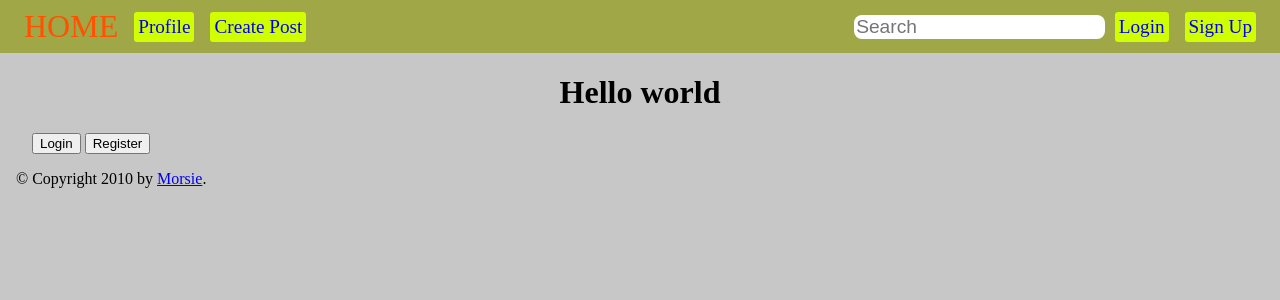
Repository: MorsChen/python-blog
Page: templates/home.html
These files come from the project's save history. The page is drawn as it stood at one moment and after the next save; the edit follows.
The browser window is 1280 px wide. The pictures show the whole page.
The page is served by the project's application, run on Flask 3 (default.py). The template is opened directly, without the code that normally fills it, so the values that code supplies are empty.

Above is the page before, as saved 2019-09-09 17:09:15.

### templates/home.html
{% extends 'index.html' %}

{% block content %}
<h1 style="text-align:center"> Hello world </h1>

{% if not current_user.is_authenticated %}
{% for post in posts %}
<li> {{post.title}} || {{post.body}} || {{post.users.username}} || {{post.created}} || {{post.updated}}
</li>

{%endfor%}
<button type="button" onclick="window.location.href=`{{url_for('login')}}`"> Login</button>
<button type="button" onclick="window.location.href=`{{url_for('register')}}`"> Register</button>
{% else %}
<h3>{{current_user.username}}</h3>
{% for post in posts %}
<li> <a href="{{url_for('single_post', id = post.id)}}">{{post.title}}</a> || {{post.body}} || {{post.users.username}} || {{post.created}} || {{post.updated}}
    <button type='button' onclick = "window.location.href=`{{url_for('editpost', id = post.id)}}`">Edit Post</button>
    <button type='button' onclick = "window.location.href=`{{url_for('new_comment', id = post.id)}}`">Comment</button>
</li>
{%endfor%}
<button type="button" onclick="window.location.href=`{{url_for('newpost')}}`"> Create New Post</button>
<button type="button" onclick="window.location.href=`{{url_for('profile')}}`"> Profile</button>
<button type="button" onclick="window.location.href=`{{url_for('logout')}}`"> Log Out</button>
{% endif %}
{% endblock %}

### templates/index.html
<!doctype html>
<html id="  ">
  <head>
    {% block head %}
    <link rel="stylesheet" href="{{ url_for('static', filename='style.css') }}">
    <title>{% block title %}{% endblock %} - My Blog Webpage</title>
    {% endblock %}
  </head>
  <body>
      <nav class="NavBar">
        <div class="nav-box-content">
            <div class="nav-box1">
                <a class="a-nav" href="{{url_for('main')}}">HOME</a>
                <a class="btn" href="{{url_for('profile')}}">Profile</a>
                <a class="btn" href="{{url_for('newpost')}}">Create Post</a>
            </div>
            <div class="nav-box2">
                <input class="ip-nav" placeholder="Search" >
                <a class="btn" href="{{url_for('login')}}">Login</a>
                <a class="btn" href="{{url_for('register')}}">Sign Up</a>

            </div>
        </div>
      </nav>

      <div id="content">
          {% with messages = get_flashed_messages(with_categories=true) %}
          <!-- Categories: success (green), info (blue), warning (yellow), danger (red) -->
          {% if messages %}
            {% for category, message in messages %}
              <div class="alert alert-{{ category }} alert-dismissible" role="alert">
              <button type="button" class="close" data-dismiss="alert" aria-label="Close"><span aria-hidden="true">&times;</span></button>
              <!-- <strong>Title</strong> --> {{ message }}
              </div>
            {% endfor %}
          {% endif %}
        {% endwith %}

    <div id="content">{% block content %}{% endblock %}</div>
    <div id="footer">
      {% block footer %}
      &copy; Copyright 2010 by <a href="http://domain.invalid/">Morsie</a>.
      {% endblock %}
    </div>
  </body>
</html>

### default.py
import os
from flask import Flask, request, render_template, redirect, url_for, flash
from flask_migrate import Migrate
from flask_sqlalchemy import SQLAlchemy
from werkzeug.security import generate_password_hash, check_password_hash
from datetime import datetime
from flask_wtf import FlaskForm
from wtforms import StringField, SubmitField, PasswordField
from wtforms.validators import DataRequired, Email, EqualTo, ValidationError, Length
from flask_login import LoginManager, UserMixin, login_user, logout_user, current_user, login_required

#setting
app = Flask(__name__)
db = SQLAlchemy(app)
app.config['SECRET_KEY']="SUPERSECRET"

migrate = Migrate(app,db)

login_manager = LoginManager(app)
login_manager.init_app(app)
login_manager.login_view = 'login'


#setting connection
POSTGRES = {
    'user': "khoa",
    'pw': "zzz",
    'db': 'bloghehe',
    'host': "localhost",
    'port': 5432,
}
app.config['SQLALCHEMY_DATABASE_URI'] = 'postgresql://%(user)s:%(pw)s@%(host)s:\
%(port)s/%(db)s' % POSTGRES







#define models

class Users(UserMixin, db.Model):
  id = db.Column(db.Integer, primary_key=True)
  username = db.Column(db.String, nullable=False, unique=True)
  email = db.Column(db.String, nullable=False, unique=True)
  password = db.Column(db.String, nullable=False)
  posts = db.relationship("Posts", backref="users", lazy="dynamic")
  comments = db.relationship("Comments", backref="users", lazy="dynamic")

  def set_pass(self,passw):
    self.password =  generate_password_hash(passw)
  def check_pass(self,passw):
    return check_password_hash(self.password,passw)

class Posts(db.Model):
  id = db.Column(db.Integer, primary_key=True)
  title = db.Column(db.String, nullable=False)
  body = db.Column(db.String, nullable=False)
  created = db.Column(db.DateTime, nullable=False)
  updated = db.Column(db.DateTime)
  author =  db.Column(db.Integer, db.ForeignKey('users.id'), nullable=False)
  comments = db.relationship('Comments', backref="posts", lazy="dynamic")

class Comments(db.Model):
  id = db.Column(db.Integer, primary_key=True)
  body = db.Column(db.String, nullable=False)
  created = db.Column(db.DateTime, nullable=False)
  updated = db.Column(db.DateTime)
  author =  db.Column(db.Integer, db.ForeignKey('users.id'), nullable=False)
  post = db.Column(db.Integer, db.ForeignKey('posts.id'), nullable=False)

db.create_all()


@login_manager.user_loader
def load_user(user_id):
    return Users.query.get(user_id)



#define forms
class Register(FlaskForm):
  username = StringField("User Name", validators=[DataRequired("Please input your username"), Length(min=3, max=20, message="username must have at least 3 char and max 20 chars")])
  email = StringField("Email address", validators=[DataRequired(), Email("Please input an appropriate email address")])
  password = StringField("Password", validators=[DataRequired(), EqualTo("confirm")])
  confirm = StringField("Password", validators=[DataRequired()])
  submit = SubmitField("Register")

  def validate_username(self, field):
        if Users.query.filter_by(username=field.data).first() :
            raise ValidationError("Your username has been registered!!")
  def validate_email(self, field):
        if Users.query.filter_by(email=field.data).first() :
            raise ValidationError("Your email has been registered!!")


class Login(FlaskForm):
  email = StringField("Email address", validators=[DataRequired(), Email("Please input an appropriate email address")])
  password = PasswordField("Password", validators=[DataRequired()])
  submit = SubmitField("Login")

class NewPost(FlaskForm):
  title = StringField("Blog Title", validators=[DataRequired(), Length(min=3,max=255, message="min 3, max 255")])
  body = StringField("Content", validators=[DataRequired(), Length(min=3,max=10000, message="min 3, max 10000")])
  submit = SubmitField("Post")

class New_comment(FlaskForm):
  body = StringField("Comment content", validators=[DataRequired(), Length(min=3, max=1000, message="min 3, max 1000")])
  submit = SubmitField("Comment")

@app.route('/register', methods=['post','get'])
def register():
  form = Register()

  if request.method=="POST":
    if form.validate_on_submit():
      new_user = Users(username = form.username.data,
                        email = form.email.data,
                        )
      new_user.set_pass(form.password.data)
      db.session.add(new_user)
      db.session.commit()
      return redirect(url_for("home"))
    else:
      for field_name, errors in form.errors.items():
          flash(errors)
      return redirect((url_for('register')))
  return render_template('register.html', form = form)

@app.route('/login', methods=['post','get'])
def login():
  form = Login()
  if request.method == 'POST':
    check = Users.query.filter_by(email=form.email.data).first()
    if check :
      if check.check_pass(form.password.data):
        login_user(check)
        return redirect(url_for("home"))
    else:
      flash(["email address not exist"])
      return redirect(url_for('register'))
  return render_template('login.html', form = form)

@app.route('/logout')
@login_required
def logout():
  logout_user()
  return redirect(url_for('login'))

@app.route('/')
def home():
  posts = Posts.query.all()
  return render_template('index.html', posts = posts)


@app.route('/newpost', methods=['post', 'get'])
@login_required
def newpost():
  form = NewPost()
  if request.method == 'POST':
    new_post = Posts(title=form.title.data,
                    body=form.body.data,
                    created = datetime.now())
    current_user.posts.append(new_post)
    db.session.add(new_post)
    db.session.commit()
    return "ok"
  return render_template('newpost.html', form=form)

@app.route('/editpost/<id>', methods=['post','get'])
@login_required
def edit_post(id):
  form = NewPost()
  post = Posts.query.filter_by(id=id, author = current_user.id).first()
  if not post:
    flash([["you are not allowed to edit this post"]])
    return redirect(url_for("home"))
  else:
    if request.method == 'POST':
      post.title = form.title.data
      post.body = form.body.data
      post.updated = datetime.now()
      db.session.commit()
      return "ok"
      # return redirect(url_for('post'))
  return render_template('editpost.html', form = form )

@app.route('/delete_post/<id>', methods=['get'])
@login_required
def delete_post(id):
  post = Posts.query.filter_by(id=id, author=current_user.id).first()
  if post:
    db.session.delete(post)
    db.session.commit()
  else:
    flash(['You are not allowed to delete this post'])
  return redirect(url_for('home'))

@app.route('/single_post/<id>', methods=['get'])
def single_post(id):
  post = Posts.query.filter_by(id=id).first()  # 1 item
  comments = post.comments.all()  # a list
  return render_template('single_post.html', post = post, comments = comments)


@app.route('/posts/<id>/comments', methods=['POST','GET'])
def new_comment(id):
  form = New_comment()
  if request.method == 'POST':
    if form.validate_on_submit():
      post = Posts.query.filter_by(id=id).first()
      c = Comments(body=form.body.data,
                    created = datetime.now(),
                    # author = current_user.id,
                    )
      current_user.comments.append(c) # autho
      post.comments.append(c)      # post
      db.session.add(c)
      db.session.commit()
      return redirect(url_for('single_post', id=id))
    else:
      for field_name, errors in form.errors.items():
          flash(errors)
      return redirect((url_for('new_comment')))
  return render_template('new_comment.html', form = form)



@app.route('/khoa', methods=['get','options',"DELETE"])
def khoa():
  if request.method == "DELETE":
    return "KHOA IS COOL"
  return "NOPE"


if __name__ == "__main__":
  app.run(debug=True, port=5001)

### static/style.css
body{
    background-color: rgb(199, 199, 199);
    margin: 0;
}

.NavBar {
 background-color: rgb(255, 208, 0);
}

.nav-box-content{
    display: flex;
    position: sticky;
    /* margin: 0.5rem; */
    justify-content: space-between;
    top: 0;
    padding: 0 1rem 0 1rem;
    text-align: center;
    align-items: center;
    align-content: center;
    background-color: rgba(70, 128, 136, 0.514);
    /* opacity: 0.5; */
    font-size: 3rem;
}

.nav-box1 {
    display: flex;
    text-align: center;
    align-items: center;
    align-content: center;
}

.nav-box2 {
    display: flex;
    text-align: center;
    align-items: center;
    align-content: center;
}

.a-nav {
    text-decoration: none;
    font-size: 2rem;
    color: rgb(255, 81, 0);
    margin: 0.5rem;
}

.ip-nav{
    border: none;
    font-size: 1.2rem;
    border-radius: 0.5rem;
    text-justify: center;
    margin: 0.1rem;
    padding:0,1rem;
    text-align: left;
}

.btn {
    border: none;
    text-decoration: none;
    border-radius: 0.2rem;
    background-color: rgb(208, 255, 0);
    text-align: center;
    text-justify: center;
    padding: 0.25rem;
    margin: 0.5rem;
    font-size: 1.2rem;
}

#content {
    margin: 1rem;
}

After the next save:
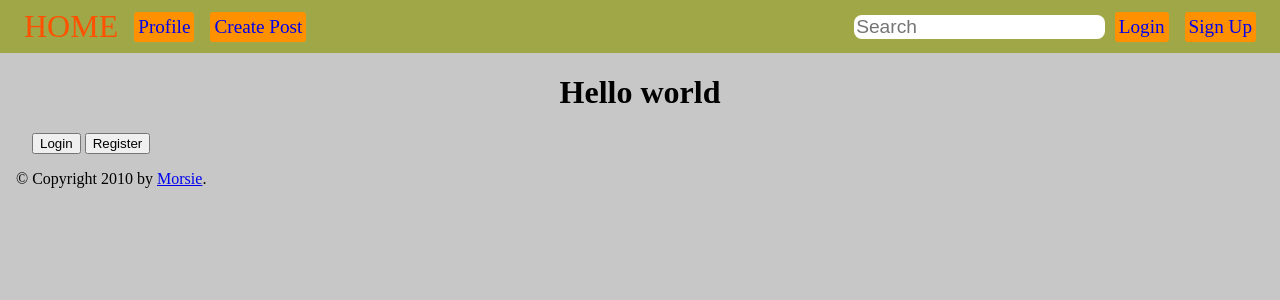
Saved 18 s later.
--- a/static/style.css
+++ b/static/style.css
@@ -57,7 +57,7 @@ body{
     border: none;
     text-decoration: none;
     border-radius: 0.2rem;
-    background-color: rgb(208, 255, 0);
+    background-color: rgb(255, 145, 0);
     text-align: center;
     text-justify: center;
     padding: 0.25rem;
